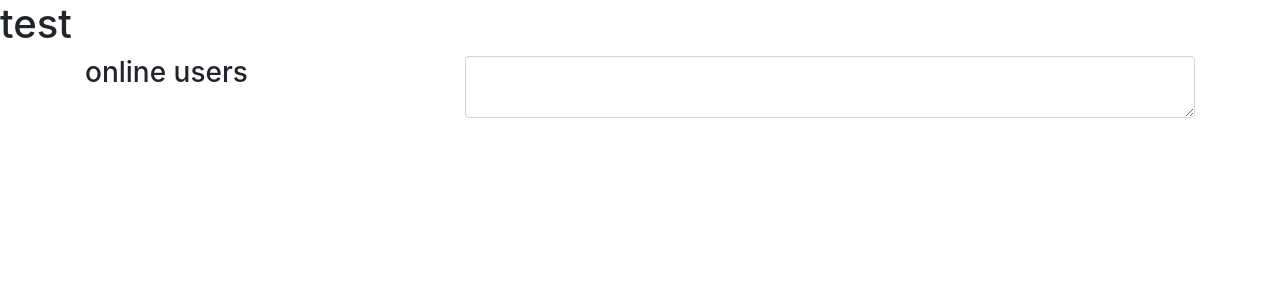
Repository: lakitha96/chat-socket.io
Page: index.html
The author's editor kept a copy of each file at every save. The page is drawn from the files as they stood at one save, then again after a run of saves.
The browser window is 1280 px wide. The pictures show the whole page.
Some web libraries are served in a nearby version.

Above is the page before, as saved 2018-07-17 15:25:22.
Not found: js/scripts.js

### index.html
<!doctype html>

<html lang="en">
<head>
  <meta charset="utf-8">

  <title>The HTML5 Herald</title>
  <meta name="description" content="The HTML5 Herald">
  <meta name="author" content="SitePoint">

  <link rel="stylesheet" href="https://maxcdn.bootstrapcdn.com/bootstrap/4.0.0/css/bootstrap.min.css" integrity="sha384-Gn5384xqQ1aoWXA+058RXPxPg6fy4IWvTNh0E263XmFcJlSAwiGgFAW/dAiS6JXm" crossorigin="anonymous">
  <script src="https://code.jquery.com/jquery-3.2.1.slim.min.js" integrity="sha384-KJ3o2DKtIkvYIK3UENzmM7KCkRr/rE9/Qpg6aAZGJwFDMVNA/GpGFF93hXpG5KkN" crossorigin="anonymous"></script>
  <script src="https://cdnjs.cloudflare.com/ajax/libs/popper.js/1.12.9/umd/popper.min.js" integrity="sha384-ApNbgh9B+Y1QKtv3Rn7W3mgPxhU9K/ScQsAP7hUibX39j7fakFPskvXusvfa0b4Q" crossorigin="anonymous"></script>
  <script src="https://maxcdn.bootstrapcdn.com/bootstrap/4.0.0/js/bootstrap.min.js" integrity="sha384-JZR6Spejh4U02d8jOt6vLEHfe/JQGiRRSQQxSfFWpi1MquVdAyjUar5+76PVCmYl" crossorigin="anonymous"></script>
  <script src="https://cdnjs.cloudflare.com/ajax/libs/socket.io/2.1.1/socket.io.dev.js"></script>

  <!--[if lt IE 9]>
    <script src="https://cdnjs.cloudflare.com/ajax/libs/html5shiv/3.7.3/html5shiv.js"></script>
  <![endif]-->
</head>

<body>
  <script src="js/scripts.js"></script>
  <h1>test</h1>
  <div class="container">
    <div class="row">
      <div class="col-md-4">
          <div class="well">
            <h3>online users</h3>
            <ul class="list-group" id="users"></ul>
          </div>
      </div>

      <div class="col-md-8">
        <div class="chat" id="chat">
          <form id="message-form">
            <div class="form-group">
              <textarea id="message" class="form-control"></textarea>
            </br>

              </div>
              </div>
            </div>
            </div>
          </form>
        </div>
      </div>

    </div>
  </div>
</body>
</html>

After the next 2 saves:
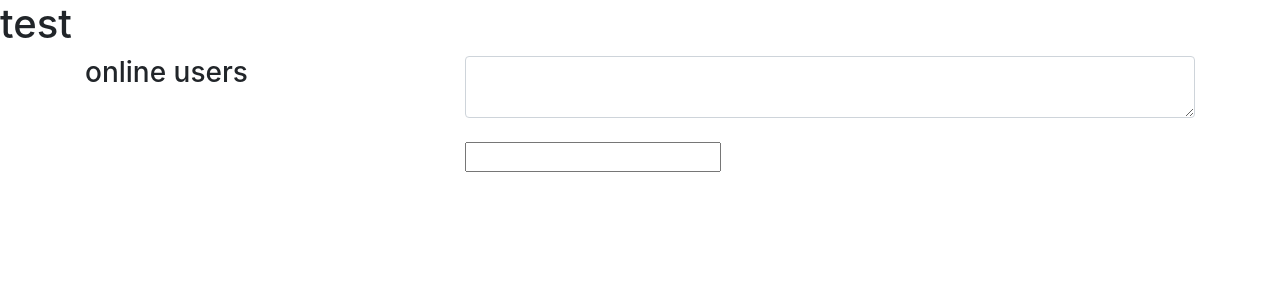
The 2 saves are shown as one change because they came seconds apart.
The last was saved 24 s later.
--- a/index.html
+++ b/index.html
@@ -37,7 +37,7 @@
             <div class="form-group">
               <textarea id="message" class="form-control"></textarea>
             </br>
-
+            <input b
               </div>
               </div>
             </div>
